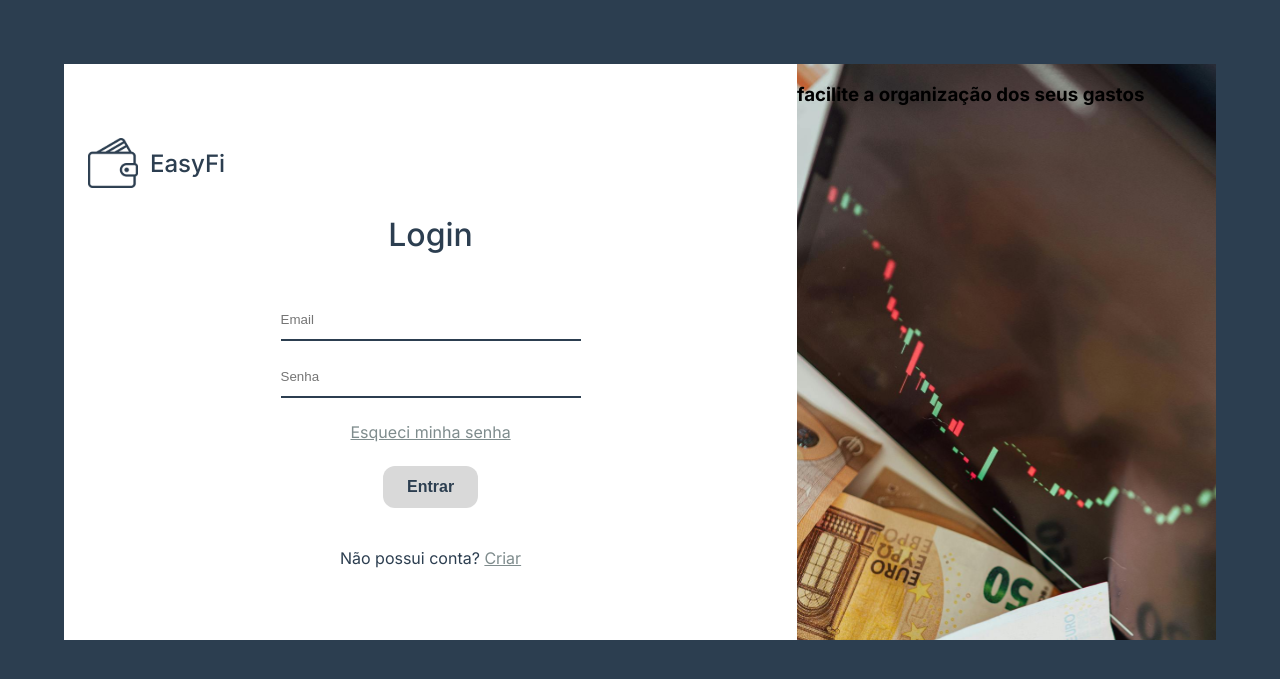
Repository: Ingridiag/projeto-engenharia
Page: login.html
An editor plug-in stored every save of this project. The page is shown before and after the next save, followed by the edit.
The browser window is 1280 px wide. The pictures show the whole page.

Above is the page before, as saved 2024-10-28 17:01:14.

### login.html
<!DOCTYPE html>
<html lang="pt">

<head>
    <meta charset="UTF-8">
    <meta name="viewport" content="width=device-width, initial-scale=1.0">
    <link rel="preconnect" href="https://fonts.googleapis.com">
<link rel="preconnect" href="https://fonts.gstatic.com" crossorigin>
<link href="https://fonts.googleapis.com/css2?family=Inter:ital,opsz,wght@0,14..32,100..900;1,14..32,100..900&display=swap"
rel="stylesheet">
    <link rel="stylesheet" href="style.css">
    <title>Login</title>
</head>

<body>
    <div class="container">

        <!-- Tela Login -->
        <div class="login">
            <div class="primeira-coluna">
                <div class="logo">
                    <img src="imagens/logo-azul 1.svg" alt="logo">
                    <h1>EasyFi</h1>
                </div>
                <div class="formulario">
                    <h1 class="title">Login</h1>
                    <form >
                        <input type="email" placeholder="Email">
                        <input type="password" placeholder="Senha">
                    </form>
                    <div class="uses">
                        <a href="#" class="link">Esqueci minha senha</a>

                    </div>
                    <div class="btn-default">
                        <button>
                            Entrar
                        </button>
                    </div>
                    <div >
                        <p>Não possui conta?
                            <span>
                                <a href="#" class="link">Criar</a>
                            </span>
                        </p>
                    </div>
                </div>
            </div>
            <div class="decor">
                <h3 class="mensagem">
                    facilite a organização dos seus gastos
                </h3>

            </div>
        </div>



        <div class="cadastro">
            <!-- Tela Cadastro -->
            <div class="decor">
                <h3 class="mensagem">
                    facilite a organização dos seus gastos
                </h3>
            </div>

            <div class="primeira-coluna">
                <div class="logo">
                    <img src="imagens/logo-azul 1.svg" alt="logo">
                    <h1>EasyFi</h1>
                </div>
                <div class="formulario">
                    <h1 class="title">Criar Conta</h1>
                    <form >
                        <input type="text" placeholder="Nome">
                        <input type="email" placeholder="Email">
                        <input type="password" placeholder="Senha">
                        <input type="password" placeholder=" Confirmar senha">
                    </form>
                    <div>
                        <a href="#" class="link">Esqueci minha senha</a>

                    </div>
                    <div class="btn-default">
                        <button>
                            Entrar
                        </button>
                    </div>
                    <div class="uses">
                        <p>Já possui conta?
                            <span>
                                <a href="#" class="link">Login</a>
                            </span>
                        </p>
                    </div>
                </div>
            </div>
        </div>


    </div>

</body>

</html>

### style.css
body {
    margin: 0;
    padding: 0;
    box-sizing: border-box;
    background: #2C3E50;
    font-family: "Inter", sans-serif;
}

.container {
    display: flex;
    justify-content: center;
    align-items: center;
    margin: 0 auto;

}

.login {
    width: 100%;
    height: 80vh;
    padding: 5%;
    display: flex;
    align-items: center;
    justify-content: space-between;
}

.primeira-coluna {
    width: 70%;
    height: 100%;
    display: flex;
    flex-direction: column;
    justify-content: center;
    background: #fff;
}

.logo {
    display: flex;
    gap: 12px;
    align-items: center;
    padding: 12px 24px 0;
    color: #2C3E50;

    h1 {
        font-size: 24px;
        font-weight: 500;
    }
    img{
        width: 50px;

    }

}

.formulario {
    display: flex;
    flex-direction: column;
    align-items: center;
    gap: 24px;
    color: #2C3E50;
    h1{
        font-weight: 500;}
}

.formulario form {
    display: flex;
    flex-direction: column;
    gap: 16px;
}

.formulario form input {
    width: 300px;
    padding: 12px 0px;
    background: none;
    border: none;
    border-bottom: 2px solid #2C3E50;
    outline: none;
    color: #2C3E50;

}

.formulario a {
    color: #7F8C8D;
}

.btn-default button {
    background: #D9D9D9;
    border: none;
    border-radius: 12px;
    padding: 12px 24px;
    font-size: 16px;
    transition: 0.2s ease;
    cursor: pointer;
    color: #2C3E50;
    font-weight: 600;
}

.btn-default button:hover {
    background: #F4EEEE;
    color: #577695;
    transform: scale(1.1);
}
.decor{
  width: 40%;
  height: 80vh;
  background-image: url(imagens/imagem_background.svg)
}

.cadastro {
    display: none;
    flex-direction: column;
    position: relative;
}

After the next save:
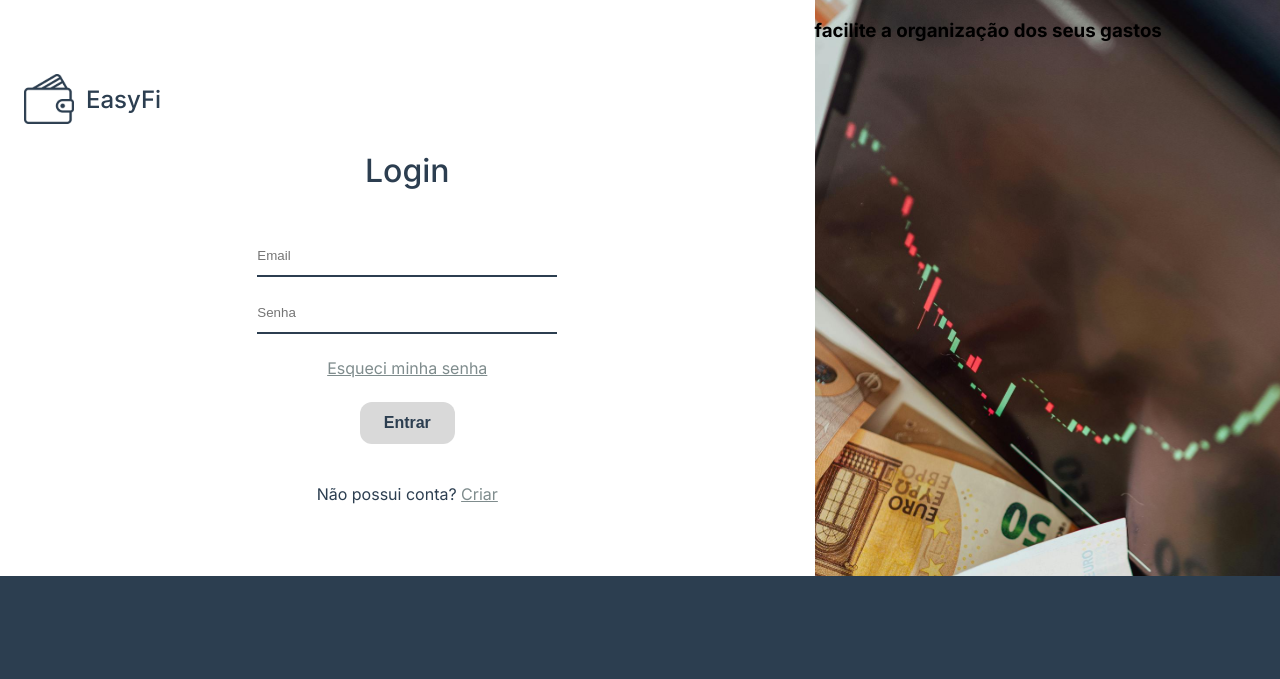
Saved 23 s later.
--- a/style.css
+++ b/style.css
@@ -17,7 +17,7 @@ body {
 .login {
     width: 100%;
     height: 80vh;
-    padding: 5%;
+
     display: flex;
     align-items: center;
     justify-content: space-between;

After the 3 saves that followed:
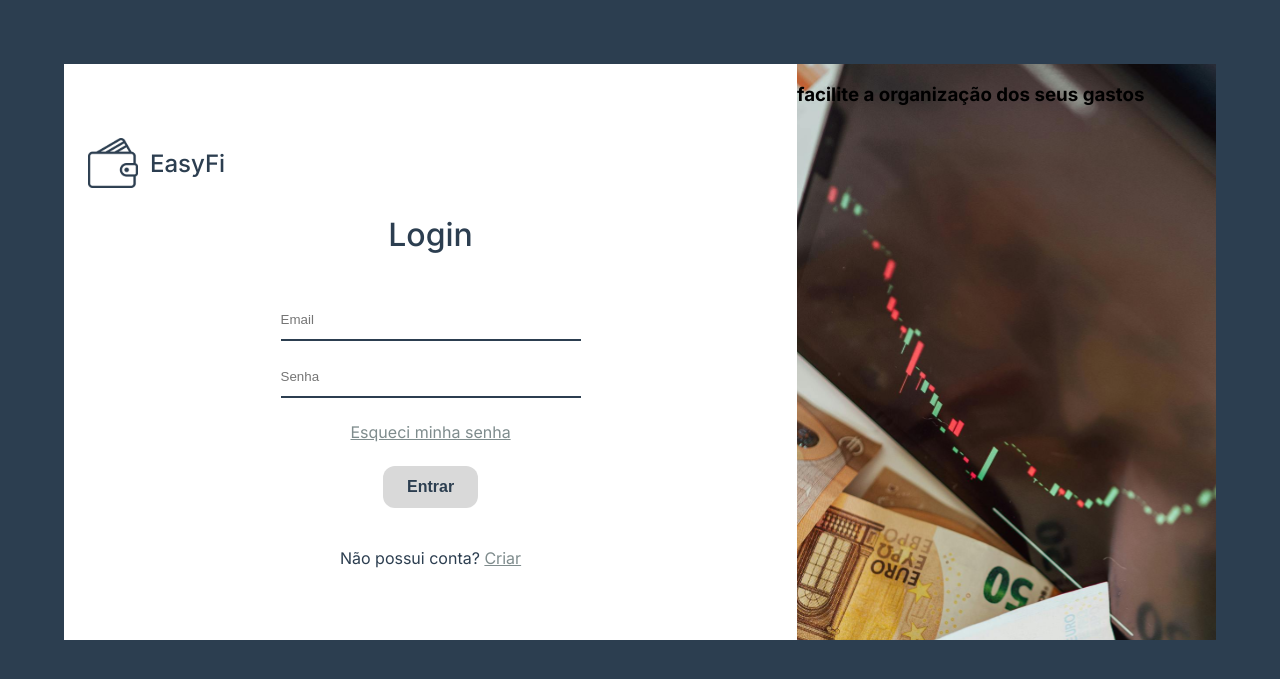
The 3 saves are shown as one change because 1 left the picture as it was and some came seconds apart.
The last was saved 10 s later.
--- a/style.css
+++ b/style.css
@@ -11,7 +11,7 @@ body {
     justify-content: center;
     align-items: center;
     margin: 0 auto;
-
+    padding: 5%;
 }
 
 .login {
